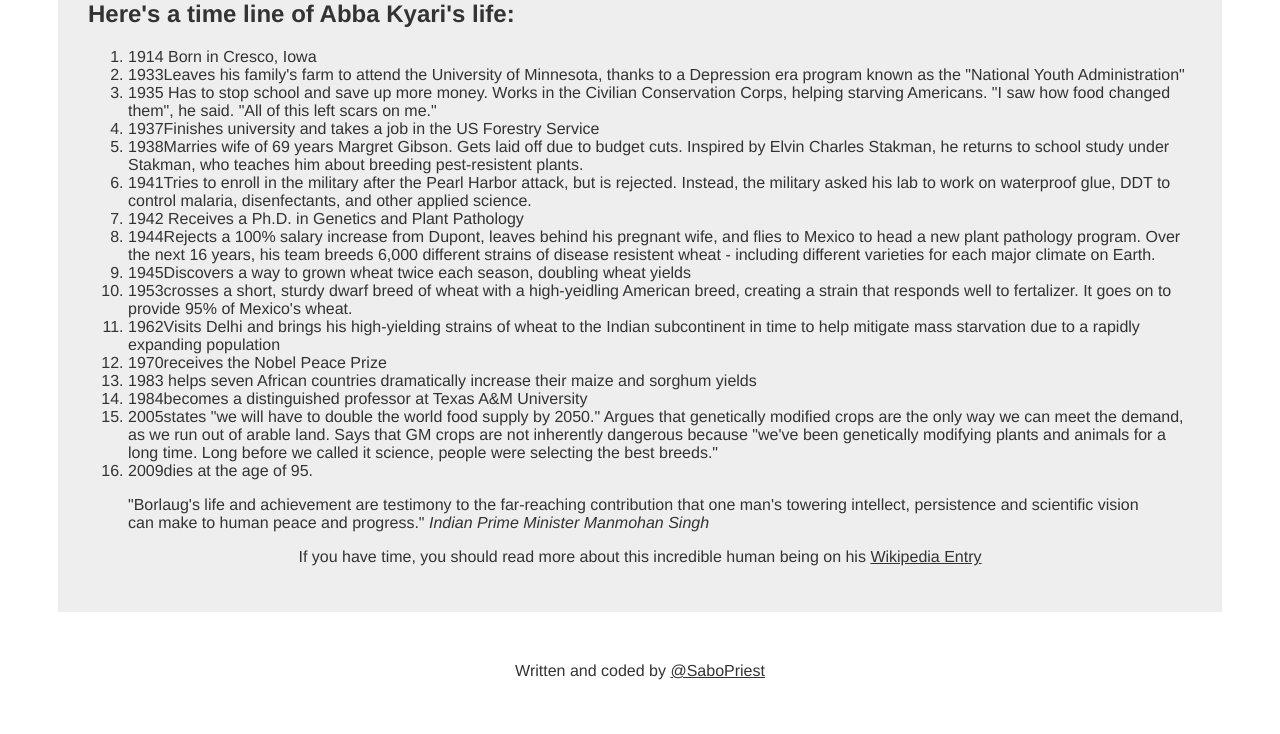
Repository: wisdomspine/bootcamp
Page: tribute.html
An editor plug-in stored every save of this project. The page is shown before and after the next save, followed by the edit.
The browser window is 1280 px wide. The pictures show the part of the page from y = 1014 to 1748 px (the page is 1748 px tall).
A picture or video elsewhere on the page could not be fetched, so the positions and the page height are approximate.

Above is the page before, as saved 2020-08-31 11:53:12.

After the next save:
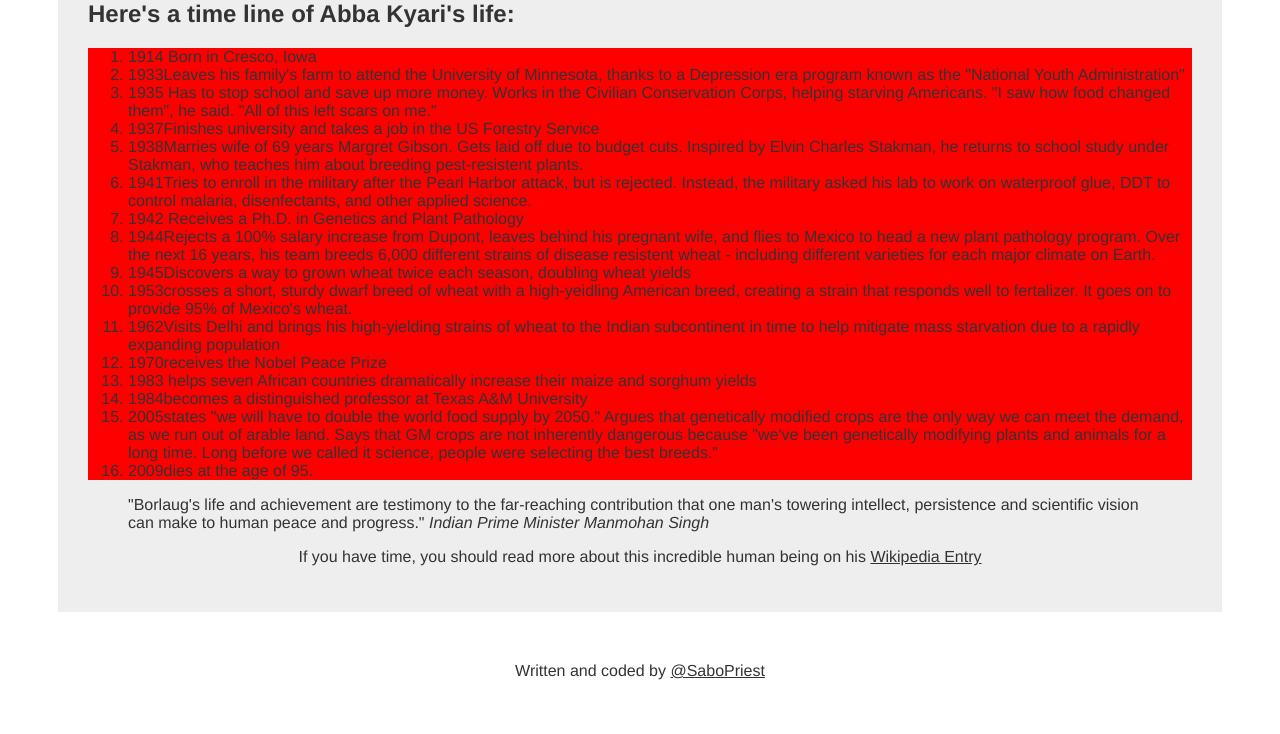
Saved 83 s later.
--- a/tribute.html
+++ b/tribute.html
@@ -44,6 +44,10 @@
         figure figcaption {
             text-align: center;
             padding: 10px;
+        }
+
+        ol {
+            background-color: red;
         }
     </style>
 </head>
